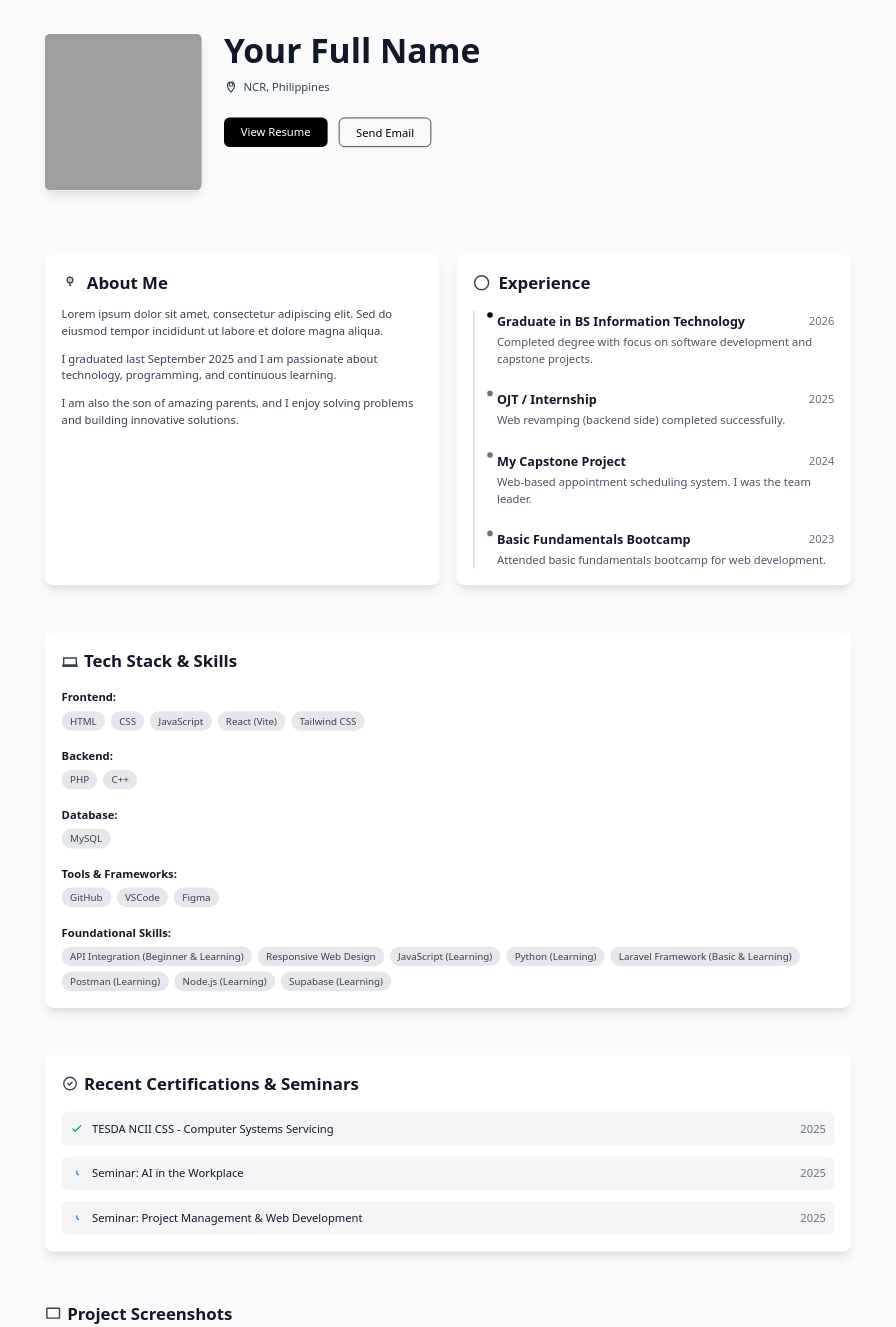
Repository: MeekSharkdev/cv-portfolio
Page: index.html
The author's editor kept a copy of each file at every save. The page is drawn from the files as they stood at one save, then again after the next save.
The browser window is 1280 px wide. The pictures show the part of the page from y = 0 to 1896 px (the page is 2580 px tall before and 2720 px after), at 70% of full size.
Pictures or frames that could not be fetched are drawn as grey boxes. A picture or video elsewhere on the page could not be fetched, so the positions and the page height are approximate.

Above is the page before, as saved 2026-01-31 16:28:30.
Not found: styles.css

After the next save:
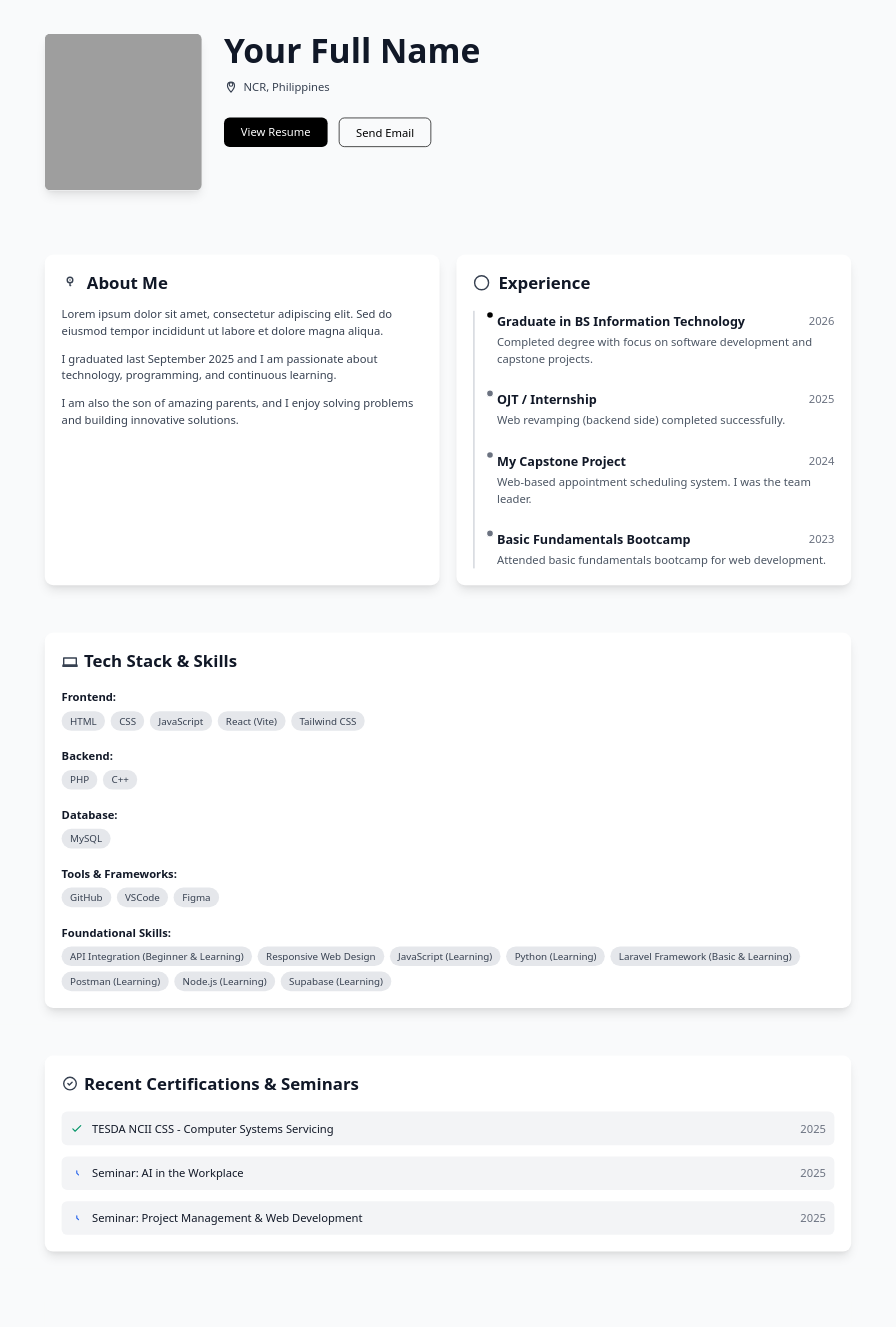
Saved 2 min 36 s later.
--- a/index.html
+++ b/index.html
@@ -294,15 +294,23 @@
 <section class="py-12 bg-gray-50">
     <div class="max-w-6xl mx-auto">
 
-        <!-- Section Title -->
-        <h2 class="text-2xl font-semibold mb-6 flex items-center gap-2">
-            <!-- Icon (Optional) -->
-            <svg xmlns="http://www.w3.org/2000/svg" class="h-6 w-6 text-gray-700" fill="none" viewBox="0 0 24 24"
-                stroke="currentColor">
-                <path stroke-linecap="round" stroke-linejoin="round" stroke-width="2" d="M3 5h18v14H3V5z" />
-            </svg>
-            Project Screenshots
-        </h2>
+        <!-- Projects / Portfolio Section -->
+        <section class="py-6 px-6 md:px-16 bg-gray-50">
+            <div class="max-w-6xl mx-auto mt-5 p-6 bg-white rounded-xl shadow-lg shadow-gray-300/20">
+
+                <!-- Section Header -->
+                <h2 class="text-2xl font-semibold mb-6 flex items-center gap-2">
+                    <!-- Project / Portfolio icon -->
+                    <svg xmlns="http://www.w3.org/2000/svg" class="h-6 w-6 text-gray-700" fill="none" viewBox="0 0 24 24"
+                        stroke="currentColor">
+                        <!-- Browser window with code lines -->
+                        <path stroke-linecap="round" stroke-linejoin="round" stroke-width="2"
+                            d="M3 7h18M3 7a2 2 0 012-2h14a2 2 0 012 2v12a2 2 0 01-2 2H5a2 2 0 01-2-2V7z" />
+                        <path stroke-linecap="round" stroke-linejoin="round" stroke-width="2" d="M7 11h10M7 15h10" />
+                    </svg>
+                    Completed Projects & Capstone
+                </h2>
+
 
         <!-- Carousel -->
         <div class="overflow-hidden relative">
